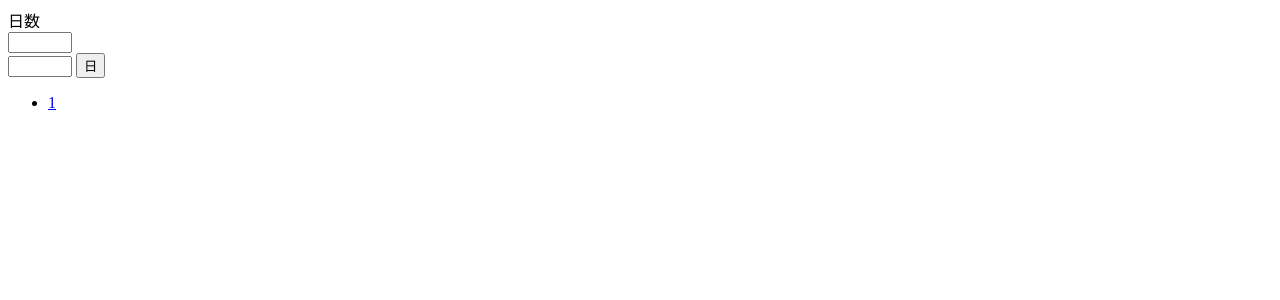
Repository: Ischca/ischca.github.io
Page: src/nights.html
An editor plug-in stored every save of this project. The page is shown before and after the next save, followed by the edit.
The browser window is 1280 px wide. The pictures show the whole page.

Above is the page before, as saved 2020-10-02 14:35:18.

### src/nights.html
<label for="staticEmail" class="col-sm-auto col-form-label">日数</label>
<div class="col-sm-2">
    <div class="input-group mb-3">
        <input type="number" class="form-control" min="1" max="100" value.bind="night">
    </div>
</div>

<div class="col-sm-2">
    <div class="input-group mb-3">
        <input type="number" class="form-control" min="1" max="100"  value.bind="days">
        <button class="btn btn-outline-secondary dropdown-toggle" type="button" data-toggle="dropdown"
            aria-expanded="false">日</button>
        <ul class="dropdown-menu dropdown-menu-right">
            <li><a class="dropdown-item" href="#">1</a></li>
        </ul>
    </div>
</div>

After the next save:
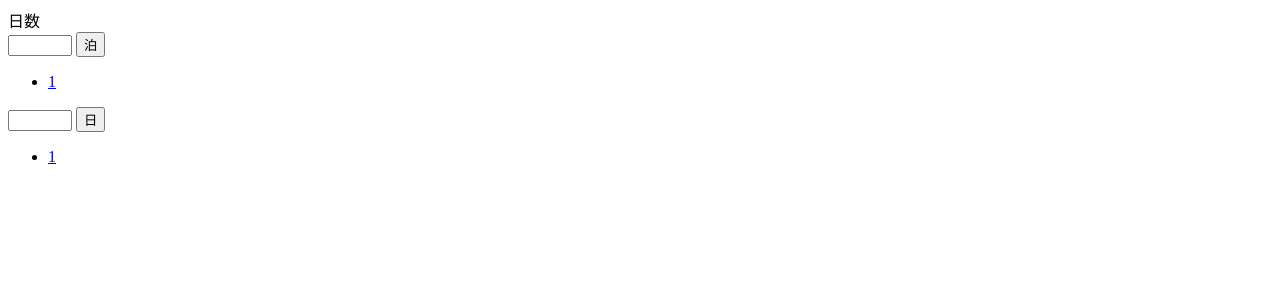
Saved 12 s later.
--- a/src/nights.html
+++ b/src/nights.html
@@ -2,6 +2,11 @@
 <div class="col-sm-2">
     <div class="input-group mb-3">
         <input type="number" class="form-control" min="1" max="100" value.bind="night">
+        <button class="btn btn-outline-secondary dropdown-toggle" type="button" data-toggle="dropdown"
+            aria-expanded="false">泊</button>
+        <ul class="dropdown-menu dropdown-menu-right">
+            <li><a class="dropdown-item" href="#">1</a></li>
+        </ul>
     </div>
 </div>
 
